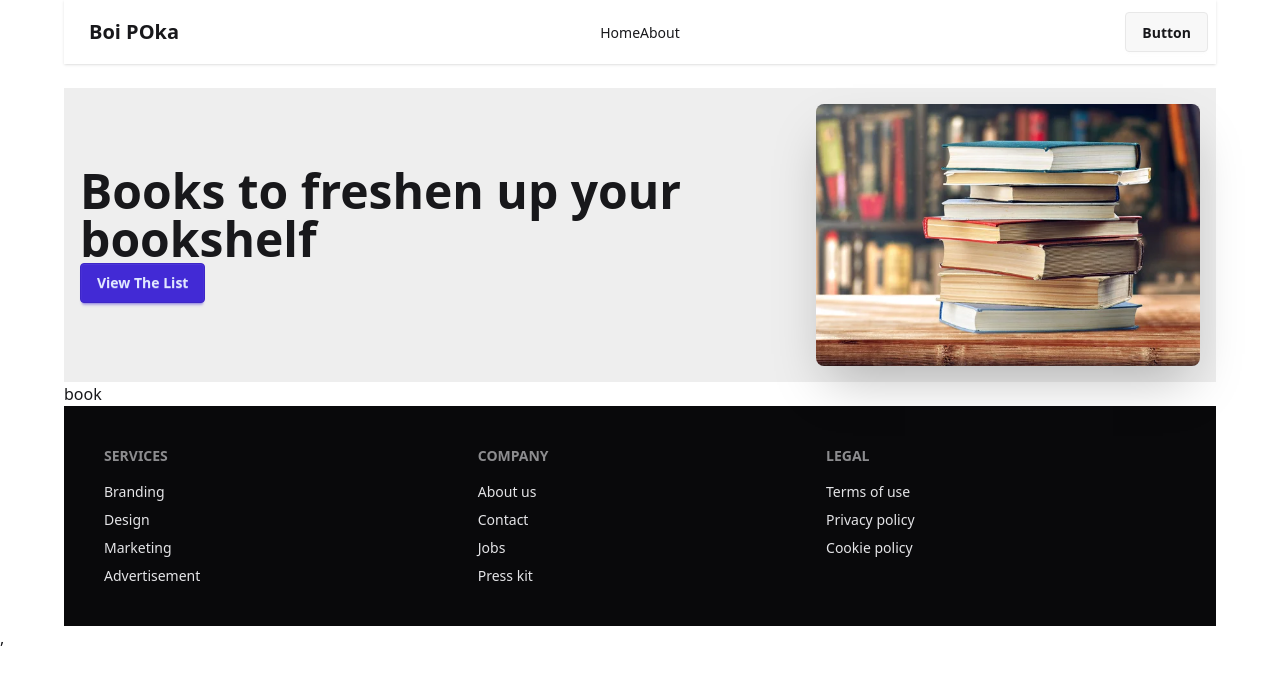
Repository: SanjidaSnigdha/Boipoka-Book-Vibe-Project
Page: /
These files come from the project's save history. The page is drawn as it stood at one moment and after the next save; the edit follows.
The browser window is 1280 px wide. The pictures show the whole page.
The project was rebuilt for these pictures with package versions that can differ from the ones it lists, and the page was loaded fresh each time. Also part of the build but not shown: vite.config.js, src/App.css, src/App.jsx, src/Pages/Root/ErrorPage/ErrorPage.jsx.

Above is the page before, as saved 2026-05-12 12:51:07.

### index.html
<!doctype html>
<html lang="en">
  <head>
    <meta charset="UTF-8" />
    <link rel="icon" type="image/svg+xml" href="/favicon.svg" />
    <meta name="viewport" content="width=device-width, initial-scale=1.0" />
    <title>boipuka</title>
  </head>
  <body>
    <div id="root"></div>
    <script type="module" src="/src/main.jsx"></script>
  </body>
</html>

### src/main.jsx
import { StrictMode } from 'react'
import { createRoot } from 'react-dom/client'
import './index.css'
import App from './App.jsx'
import {
  RouterProvider,
} from "react-router";
import { router } from './Routes/Routes.jsx';




createRoot(document.getElementById('root')).render(
  <StrictMode>
     <RouterProvider router={router} />,
  </StrictMode>,
)

### src/index.css
@import "tailwindcss";
@plugin "daisyui" {
themes : light --default, dark --prefersdark;
themes: light --default;
}
   dark mode to light mode ( index.css)

### src/Routes/Routes.jsx
import React from 'react';
import {
  createBrowserRouter,
} from "react-router";
import Root from '../Pages/Root/Root';
import ErrorPage from '../Pages/Root/ErrorPage/ErrorPage';
import { Component } from 'react';
import Home from '../Pages/Home/Home';

 export const router = createBrowserRouter([
  {
    path: "/",
    Component: Root,
    errorElement: <ErrorPage></ErrorPage>,
    children: [
      {
      index: true,
      path: '/',
      Component: Home

    },
  ],
},
]);

### src/Pages/Root/Root.jsx
import React from 'react';
import Navbar from '../../Components/Header/Navbar/Navbar';
import { Outlet } from 'react-router';
import Footer from '../../Components/Footer/Footer';

const Root = () => {
    return (
        <div className='max-w-6xl mx-auto'>
            <Navbar></Navbar>
            <Outlet></Outlet>
            <Footer></Footer>

        </div>
    );
};

export default Root;

### src/Pages/Home/Home.jsx
import React from 'react';
import Banner from '../../Components/Banner/Banner';
import Books from '../Books/Books';

const Home = () => {
    return (
        <div>
            <Banner></Banner>
            <Books></Books>
        </div>
    );
};

export default Home;

### src/Components/Header/Navbar/Navbar.jsx
import React from 'react';

const Navbar = () => {
    const links = <>
      <li>Home</li>
      <li>About</li>
    </>
    return (
        <div className="navbar bg-base-100 shadow-sm">
  <div className="navbar-start">
    <div className="dropdown">
      <div tabIndex={0} role="button" className="btn btn-ghost lg:hidden">
        <svg xmlns="http://www.w3.org/2000/svg" className="h-5 w-5" fill="none" viewBox="0 0 24 24" stroke="currentColor"> <path strokeLinecap="round" strokeLinejoin="round" strokeWidth="2" d="M4 6h16M4 12h8m-8 6h16" /> </svg>
      </div>
      <ul
        tabIndex="-1"
        className="menu menu-sm dropdown-content bg-base-100 rounded-box z-1 mt-3 w-52 p-2 shadow">
       {links}
      </ul>
    </div>
    <a className="btn btn-ghost text-xl">Boi POka</a>
  </div>
  <div className="navbar-center hidden lg:flex">
    <ul className="menu menu-horizontal px-1">
      {links}
    </ul>
  </div>
  <div className="navbar-end">
    <a className="btn">Button</a>
  </div>
</div>
    );
};

export default Navbar;

### src/Components/Footer/Footer.jsx
import React from 'react';

const Footer = () => {
    return (
        <footer className="footer sm:footer-horizontal bg-neutral text-neutral-content p-10">
  <nav>
    <h6 className="footer-title">Services</h6>
    <a className="link link-hover">Branding</a>
    <a className="link link-hover">Design</a>
    <a className="link link-hover">Marketing</a>
    <a className="link link-hover">Advertisement</a>
  </nav>
  <nav>
    <h6 className="footer-title">Company</h6>
    <a className="link link-hover">About us</a>
    <a className="link link-hover">Contact</a>
    <a className="link link-hover">Jobs</a>
    <a className="link link-hover">Press kit</a>
  </nav>
  <nav>
    <h6 className="footer-title">Legal</h6>
    <a className="link link-hover">Terms of use</a>
    <a className="link link-hover">Privacy policy</a>
    <a className="link link-hover">Cookie policy</a>
  </nav>
</footer>
    );
};

export default Footer;

### src/Components/Banner/Banner.jsx
import React from 'react';
import bookImage from '../../assets/books.jpg'

const Banner = () => {
    return (

        <div className="hero bg-base-300 mt-6 h-70px">
  <div className="hero-content flex-col lg:flex-row-reverse">
    <img
      src={bookImage}
      className="max-w-sm rounded-lg shadow-2xl "
    />
    <div>
      <h1 className="text-5xl font-bold">Books to freshen up your bookshelf</h1>
       <button className="btn btn-primary">View The List</button>
    </div>
  </div>
</div>

    );
};

export default Banner;

### src/Pages/Books/Books.jsx
import React, { useEffect, useState } from 'react';

const Books = () => {
    const [allBooks, setAllBooks] = useState([]);
    useEffect(() => {
        fetch("booksData.json")
        .then(res=>res.json())
        .then(data =>{
            setAllBooks(data)
        })
    },[])
    return (
        <div>
            <h1>book</h1>
        </div>
    );
};

export default Books;

### public/booksData.json
[
  {
    "bookId": 1,
    "bookName": "The Great Gatsby",
    "author": "F. Scott Fitzgerald",
    "image": "https://i.ibb.co.com/khHN7Pk/9780143454212.jpg",
    "review": "'The Great Gatsby' by F. Scott Fitzgerald is a timeless masterpiece that delves into the decadence and disillusionment of the Jazz Age. Set in the Roaring Twenties, the novel unveils the enigmatic Jay Gatsby's extravagant parties, masking a pursuit of lost love. Narrated by Nick Carraway, the story explores themes of wealth, love, and the American Dream, drawing readers into a vivid portrayal of the glittering yet elusive world of the East and West Egg. Fitzgerald's prose is both poetic and haunting, weaving a compelling narrative that transcends its era. A poignant exploration of societal excess and the human condition, 'The Great Gatsby' remains a literary gem that resonates across generations.",
    "totalPages": 192,
    "rating": 4.5,
    "category": "Classic",
    "tags": ["Fiction", "Romance"],
    "publisher": "Scribner",
    "yearOfPublishing": 1925
  },
  {
    "bookId": 2,
    "bookName": "To Kill a Mockingbird",
    "author": "Harper Lee",
    "image": "https://i.ibb.co.com/0cv102J/To-Kill-a-Mockingbird.webp",
    "review": "'The Great Gatsby' by F. Scott Fitzgerald is a timeless masterpiece that delves into the decadence and disillusionment of the Jazz Age. Set in the Roaring Twenties, the novel unveils the enigmatic Jay Gatsby's extravagant parties, masking a pursuit of lost love. Narrated by Nick Carraway, the story explores themes of wealth, love, and the American Dream, drawing readers into a vivid portrayal of the glittering yet elusive world of the East and West Egg. Fitzgerald's prose is both poetic and haunting, weaving a compelling narrative that transcends its era. A poignant exploration of societal excess and the human condition, 'The Great Gatsby' remains a literary gem that resonates across generations.",
    "totalPages": 281,
    "rating": 4.8,
    "category": "Fiction",
    "tags": ["Drama", "Social Justice"],
    "publisher": "J.B. Lippincott & Co.",
    "yearOfPublishing": 1960
  },
  {
    "bookId": 3,
    "bookName": "1984",
    "author": "George Orwell",
    "image": "https://i.ibb.co.com/MprDyVt/51-BIA4rrae-L-AC-UF1000-1000-QL80.jpg",
    "review": "'The Great Gatsby' by F. Scott Fitzgerald is a timeless masterpiece that delves into the decadence and disillusionment of the Jazz Age. Set in the Roaring Twenties, the novel unveils the enigmatic Jay Gatsby's extravagant parties, masking a pursuit of lost love. Narrated by Nick Carraway, the story explores themes of wealth, love, and the American Dream, drawing readers into a vivid portrayal of the glittering yet elusive world of the East and West Egg. Fitzgerald's prose is both poetic and haunting, weaving a compelling narrative that transcends its era. A poignant exploration of societal excess and the human condition, 'The Great Gatsby' remains a literary gem that resonates across generations.",
    "totalPages": 328,
    "rating": 4.6,
    "category": "Fiction",
    "tags": ["Dystopian", "Political"],
    "publisher": "Secker & Warburg",
    "yearOfPublishing": 1949
  },
  {
    "bookId": 4,
    "bookName": "The Catcher in the Rye",
    "author": "J.D. Salinger",
    "image": "https://i.ibb.co.com/tYSWRfG/catcherrye-edited-1-800x.png",
    "review": "'The Great Gatsby' by F. Scott Fitzgerald is a timeless masterpiece that delves into the decadence and disillusionment of the Jazz Age. Set in the Roaring Twenties, the novel unveils the enigmatic Jay Gatsby's extravagant parties, masking a pursuit of lost love. Narrated by Nick Carraway, the story explores themes of wealth, love, and the American Dream, drawing readers into a vivid portrayal of the glittering yet elusive world of the East and West Egg. Fitzgerald's prose is both poetic and haunting, weaving a compelling narrative that transcends its era. A poignant exploration of societal excess and the human condition, 'The Great Gatsby' remains a literary gem that resonates across generations.",
    "totalPages": 224,
    "rating": 4.3,
    "category": "Fiction",
    "tags": ["Young Adult", "Identity"],
    "publisher": "Little, Brown and Company",
    "yearOfPublishing": 1951
  },
  {
    "bookId": 5,
    "bookName": "Pride and Prejudice",
    "author": "Jane Austen",
    "image": "https://i.ibb.co.com/YdQDMpn/81me-ud-V63-L-AC-UF1000-1000-QL80.jpg",
    "review": "'The Great Gatsby' by F. Scott Fitzgerald is a timeless masterpiece that delves into the decadence and disillusionment of the Jazz Age. Set in the Roaring Twenties, the novel unveils the enigmatic Jay Gatsby's extravagant parties, masking a pursuit of lost love. Narrated by Nick Carraway, the story explores themes of wealth, love, and the American Dream, drawing readers into a vivid portrayal of the glittering yet elusive world of the East and West Egg. Fitzgerald's prose is both poetic and haunting, weaving a compelling narrative that transcends its era. A poignant exploration of societal excess and the human condition, 'The Great Gatsby' remains a literary gem that resonates across generations.",
    "totalPages": 279,
    "rating": 4.7,
    "category": "Classic",
    "tags": ["Romance", "Satire"],
    "publisher": "T. Egerton, Whitehall",
    "yearOfPublishing": 1813
  },
  {
    "bookId": 6,
    "bookName": "The Hobbit",
    "author": "J.R.R. Tolkien",
    "image": "https://i.ibb.co.com/xS8YvxL/81m-CE-uclx-L-UF1000-1000-QL80.jpg",
    "review": "'The Great Gatsby' by F. Scott Fitzgerald is a timeless masterpiece that delves into the decadence and disillusionment of the Jazz Age. Set in the Roaring Twenties, the novel unveils the enigmatic Jay Gatsby's extravagant parties, masking a pursuit of lost love. Narrated by Nick Carraway, the story explores themes of wealth, love, and the American Dream, drawing readers into a vivid portrayal of the glittering yet elusive world of the East and West Egg. Fitzgerald's prose is both poetic and haunting, weaving a compelling narrative that transcends its era. A poignant exploration of societal excess and the human condition, 'The Great Gatsby' remains a literary gem that resonates across generations.",
    "totalPages": 310,
    "rating": 4.9,
    "category": "Fantasy",
    "tags": ["Adventure", "Epic"],
    "publisher": "Allen & Unwin",
    "yearOfPublishing": 1937
  },
  {
    "bookId": 7,
    "bookName": "Harry Potter and the Sorcerer's Stone",
    "author": "J.K. Rowling",
    "image": "https://i.ibb.co.com/989qMRW/42844155.jpg",
    "review": "'The Great Gatsby' by F. Scott Fitzgerald is a timeless masterpiece that delves into the decadence and disillusionment of the Jazz Age. Set in the Roaring Twenties, the novel unveils the enigmatic Jay Gatsby's extravagant parties, masking a pursuit of lost love. Narrated by Nick Carraway, the story explores themes of wealth, love, and the American Dream, drawing readers into a vivid portrayal of the glittering yet elusive world of the East and West Egg. Fitzgerald's prose is both poetic and haunting, weaving a compelling narrative that transcends its era. A poignant exploration of societal excess and the human condition, 'The Great Gatsby' remains a literary gem that resonates across generations.",
    "totalPages": 309,
    "rating": 4.8,
    "category": "Fantasy",
    "tags": ["Magic", "Young Adult"],
    "publisher": "Bloomsbury",
    "yearOfPublishing": 1997
  },
  {
    "bookId": 8,
    "bookName": "The Alchemist",
    "author": "Paulo Coelho",
    "image": "https://i.ibb.co.com/zS9jsdK/18144590.jpg",
    "review": "'The Great Gatsby' by F. Scott Fitzgerald is a timeless masterpiece that delves into the decadence and disillusionment of the Jazz Age. Set in the Roaring Twenties, the novel unveils the enigmatic Jay Gatsby's extravagant parties, masking a pursuit of lost love. Narrated by Nick Carraway, the story explores themes of wealth, love, and the American Dream, drawing readers into a vivid portrayal of the glittering yet elusive world of the East and West Egg. Fitzgerald's prose is both poetic and haunting, weaving a compelling narrative that transcends its era. A poignant exploration of societal excess and the human condition, 'The Great Gatsby' remains a literary gem that resonates across generations.",
    "totalPages": 177,
    "rating": 4.6,
    "category": "Fiction",
    "tags": ["Philosophical", "Adventure"],
    "publisher": "HarperCollins",
    "yearOfPublishing": 1988
  },
  {
    "bookId": 9,
    "bookName": "The Girl on the Train",
    "author": "Paula Hawkins",
    "image": "https://i.ibb.co.com/P6hfCmJ/Whats-App-Image-2024-05-22-at-11-21-25-2e21ae46.jpg",
    "review": "'The Great Gatsby' by F. Scott Fitzgerald is a timeless masterpiece that delves into the decadence and disillusionment of the Jazz Age. Set in the Roaring Twenties, the novel unveils the enigmatic Jay Gatsby's extravagant parties, masking a pursuit of lost love. Narrated by Nick Carraway, the story explores themes of wealth, love, and the American Dream, drawing readers into a vivid portrayal of the glittering yet elusive world of the East and West Egg. Fitzgerald's prose is both poetic and haunting, weaving a compelling narrative that transcends its era. A poignant exploration of societal excess and the human condition, 'The Great Gatsby' remains a literary gem that resonates across generations.",
    "totalPages": 316,
    "rating": 4.2,
    "category": "Mystery",
    "tags": ["Suspense", "Psychological"],
    "publisher": "Riverhead Books",
    "yearOfPublishing": 2015
  }
]

After the next save:
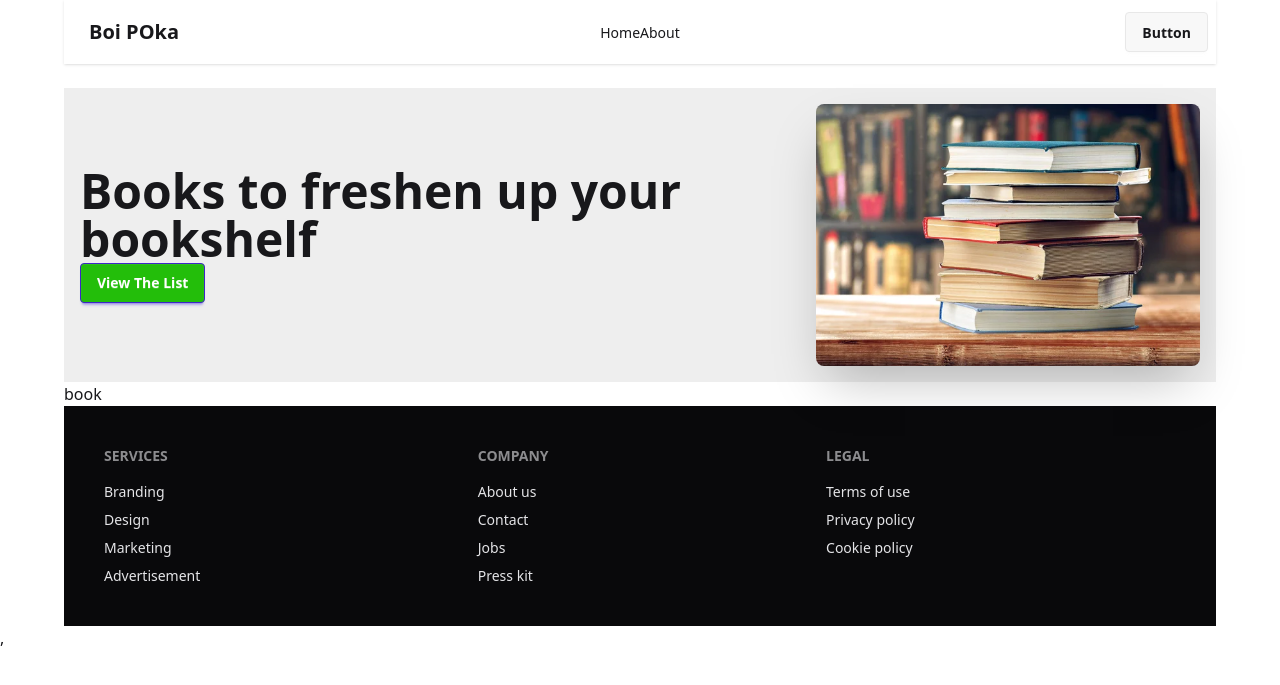
Saved 3 min 6 s later.
--- a/src/Components/Banner/Banner.jsx
+++ b/src/Components/Banner/Banner.jsx
@@ -12,7 +12,7 @@
     />
     <div>
       <h1 className="text-5xl font-bold">Books to freshen up your bookshelf</h1>
-       <button className="btn btn-primary">View The List</button>
+       <button className="btn btn-primary bg-[#23BE0A] text-[#FFFFFF]">View The List</button>
     </div>
   </div>
 </div>
